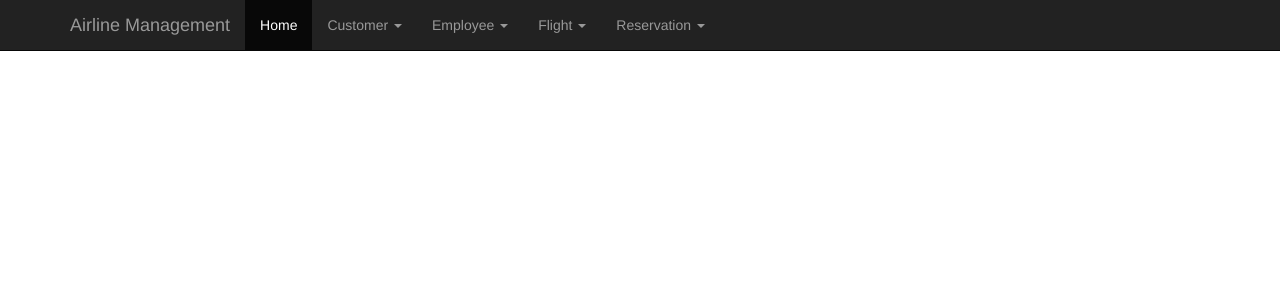
Repository: harshadrane89/CMPE273-WebService-AirlineManagement
Page: http://localhost/AirlineManagementSystemClient/TwitterGUI/Navbar.jsp
These files come from the project's save history. The page is drawn as it stood at one moment and after the next save; the edit follows.
The browser window is 1280 px wide. The pictures show the whole page.
Some web libraries are served in a nearby version. The page is served by Tomcat 9. Other server files are loaded and not shown.

Above is the page before, as saved 2013-12-09 00:52:38.

### 273_Project_Tomcat/AirlineManagementSystemClient/WebContent/TwitterGUI/Navbar.jsp
<%@ page language="java" contentType="text/html; charset=ISO-8859-1"
	pageEncoding="ISO-8859-1"%>
<!DOCTYPE html PUBLIC "-//W3C//DTD HTML 4.01 Transitional//EN" "http://www.w3.org/TR/html4/loose.dtd">
<html>
<head>
<meta http-equiv="Content-Type" content="text/html; charset=ISO-8859-1">
<link href="../css/bootstrap.css" rel="stylesheet" media="screen">



</head>
<body>

	<form action="../Navigator" method="post">
		<div class="navbar navbar-inverse navbar-fixed-top" role="navigation">
			<div class="container">
				<div class="navbar-header">
					<button type="button" class="navbar-toggle" data-toggle="collapse"
						data-target=".navbar-collapse">
						<span class="sr-only">Toggle navigation</span> <span
							class="icon-bar"></span> <span class="icon-bar"></span> <span
							class="icon-bar"></span>
					</button>
					<a class="navbar-brand" href="#">Airline Management</a>
				</div>
				<div class="navbar-collapse collapse">
					<ul class="nav navbar-nav">
						<li class="active"><a href="#">Home</a></li>
						<li class="dropdown"><a href="#" class="dropdown-toggle"
							data-toggle="dropdown">Customer <b class="caret"></b></a>
							<ul class="dropdown-menu">
								<li><input type="submit" value="Create New Customer"
									name="1" class="btn btn-link"></li>
								<li><input type="submit" value="Search Customer" name="2"
									class="btn btn-link"></li>

							</ul></li>
						<li class="dropdown"><a href="#" class="dropdown-toggle"
							data-toggle="dropdown">Employee <b class="caret"></b></a>
							<ul class="dropdown-menu">
								<li><input type="submit" value="Create New Employee"
									name="3" class="btn btn-link"></li>
								<li><input type="submit" value="Search Employee" name="4"
									class="btn btn-link"></li>
							</ul></li>
						<li class="dropdown"><a href="#" class="dropdown-toggle"
							data-toggle="dropdown">Flight <b class="caret"></b></a>
							<ul class="dropdown-menu">
								<li><input type="submit" value="Create Flight" name="5"
									class="btn btn-link"></li>
								<li><input type="submit" value="Search Flight" name="6"
									class="btn btn-link"></li>

							</ul></li>

						<li class="dropdown"><a href="#" class="dropdown-toggle"
							data-toggle="dropdown">Reservation <b class="caret"></b></a>
							<ul class="dropdown-menu">
								<li><input type="submit" value="New Reservation" name="8"
									class="btn btn-link"></li>
								<li><input type="submit" value="All Reservations" name="7"
									class="btn btn-link"></li>

							</ul></li>


					</ul>

				</div>
				<!--/.nav-collapse -->
			</div>
		</div>
	</form>
	<script src="https://code.jquery.com/jquery-1.10.2.min.js"></script>
	<script src="../js/bootstrap.min.js"></script>
	<br>
	<br>
	<br>

</body>
</html>

Loaded but not shown: 273_Project_Tomcat/AirlineManagementSystemClient/WebContent/css/bootstrap.css (library); 273_Project_Tomcat/AirlineManagementSystemClient/WebContent/js/bootstrap.min.js (library)

After the next save:
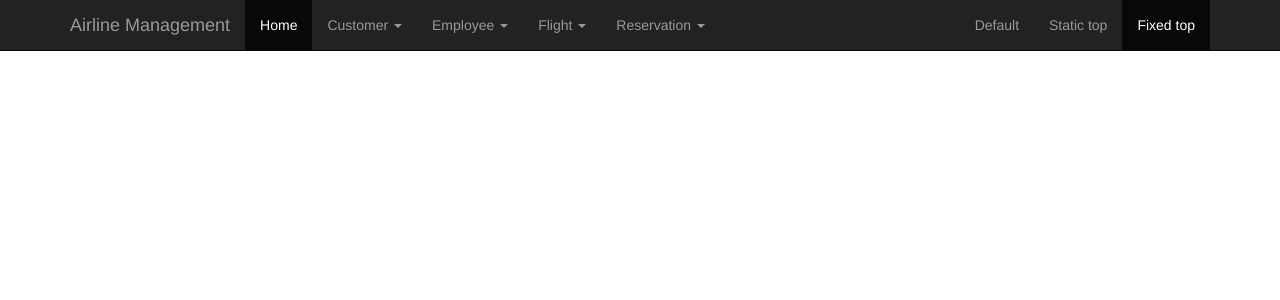
Saved 57 s later.
--- a/273_Project_Tomcat/AirlineManagementSystemClient/WebContent/TwitterGUI/Navbar.jsp
+++ b/273_Project_Tomcat/AirlineManagementSystemClient/WebContent/TwitterGUI/Navbar.jsp
@@ -65,7 +65,11 @@
 
 
 					</ul>
-
+					<ul class="nav navbar-nav navbar-right">
+            <li><a href="../navbar/">Default</a></li>
+            <li><a href="../navbar-static-top/">Static top</a></li>
+            <li class="active"><a href="./">Fixed top</a></li>
+          </ul>
 				</div>
 				<!--/.nav-collapse -->
 			</div>
